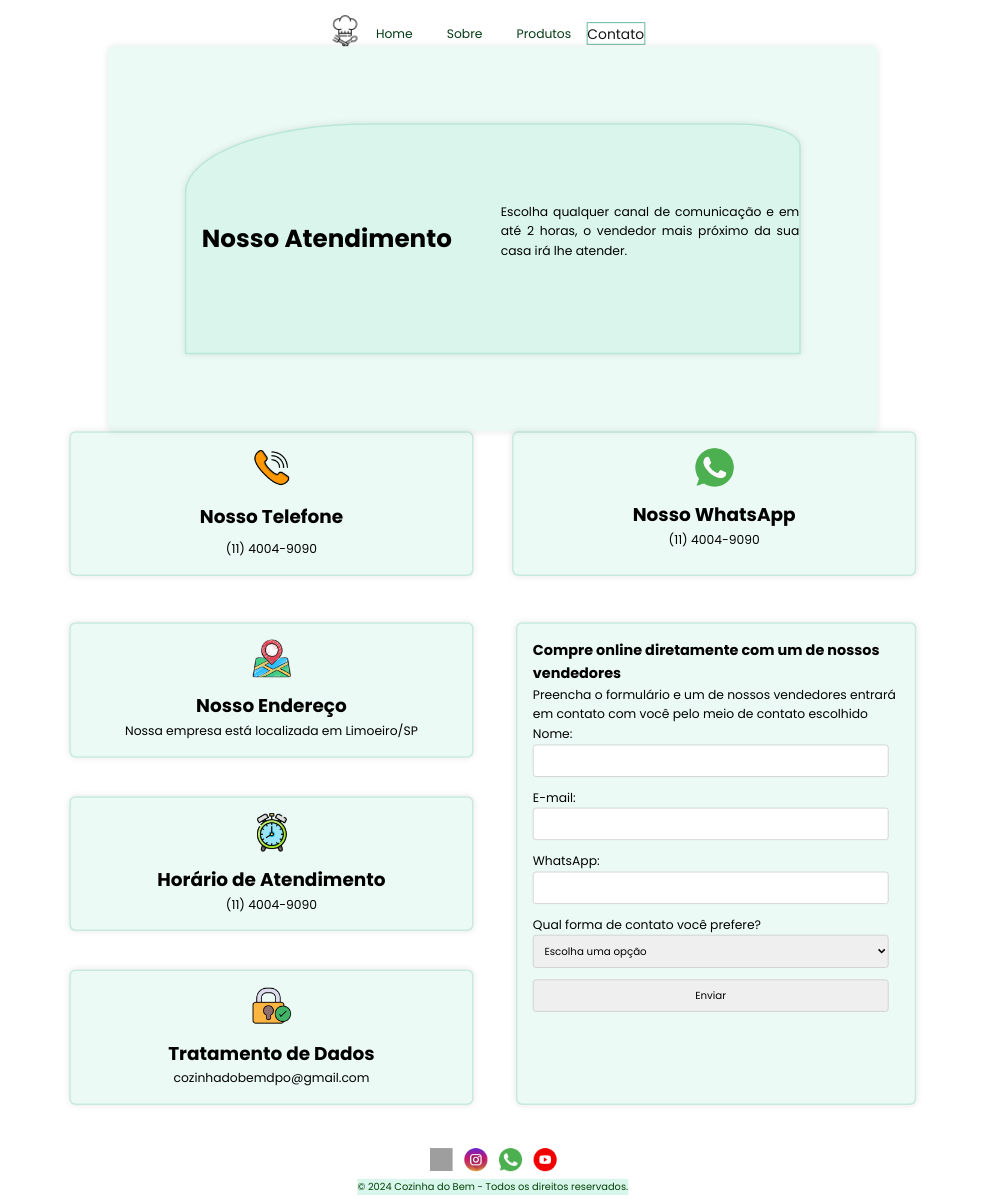
Repository: Thalia-Nataly/Cozinha-do-Bem-Proz
Page: contato.html
An editor plug-in stored every save of this project. The page is shown before and after a run of saves, followed by the edit.
The browser window is 1280 px wide. The pictures show the whole page, at 77% of full size.
Pictures or frames that could not be fetched are drawn as grey boxes.

Above is the page before, as saved 2024-08-25 19:26:10.

After the next 2 saves:
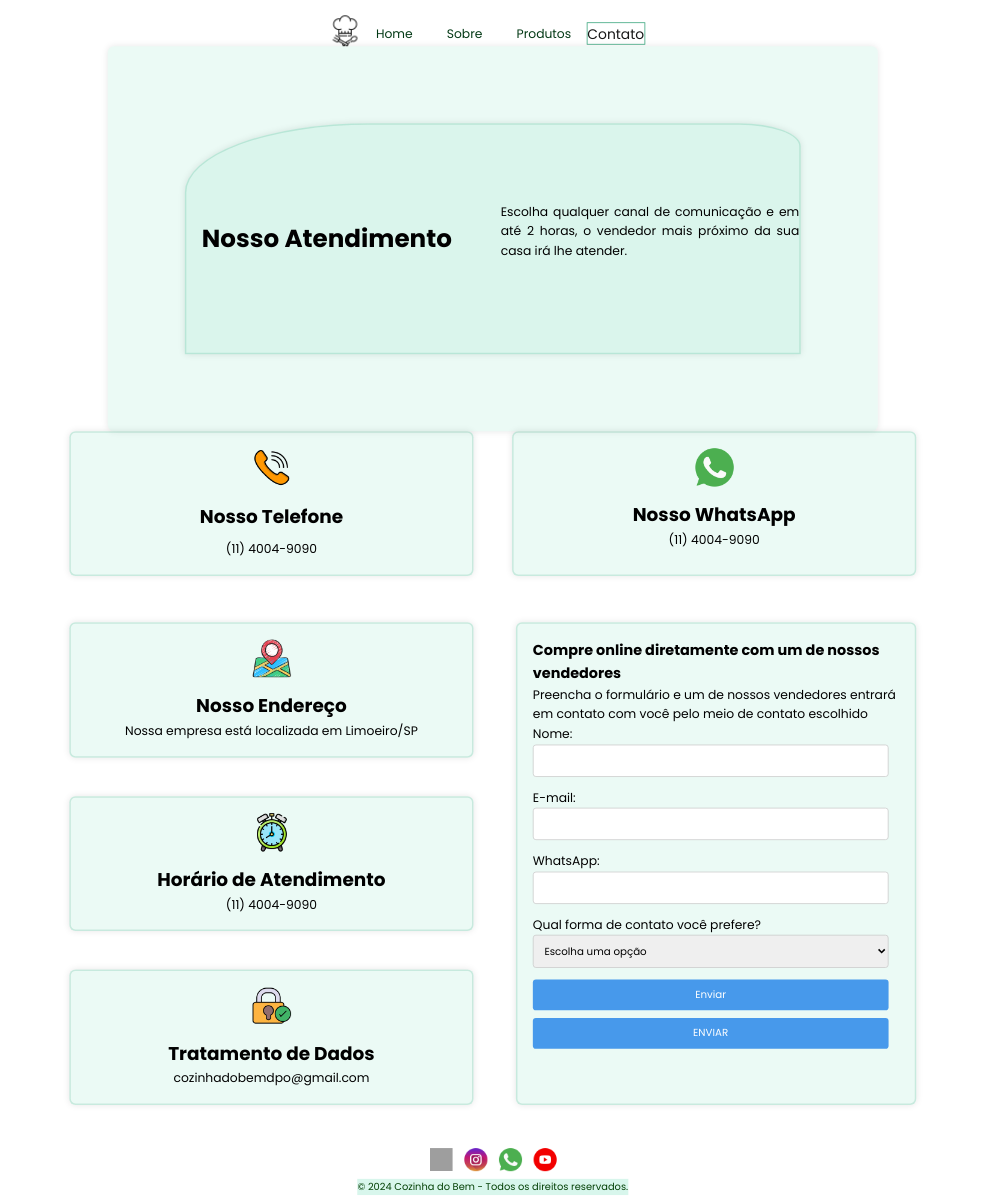
The 2 saves are shown as one change because they came seconds apart.
The last was saved 22 s later.
--- a/contato.html
+++ b/contato.html
@@ -110,8 +110,8 @@
                             <option value="whatsapp">Mensagem no WhatsApp</option>
                         </select>
 
-                        <input type="submit" class="enviar" onclick="Enviar();" value="Enviar" />
-
+                        <button type="submit">Enviar</button>
+                        <button type="submit" >ENVIAR </button>
                     </form>
                 </div>
             </div>
